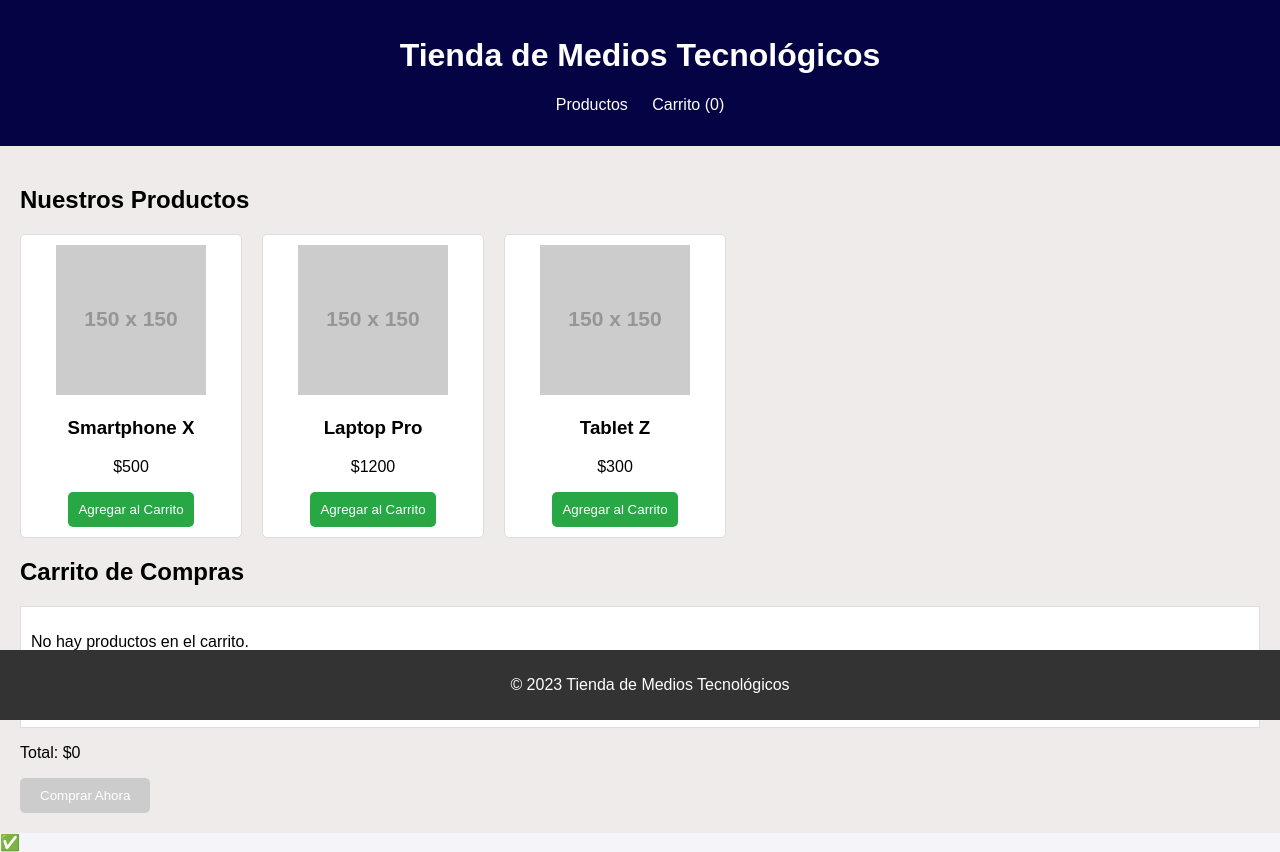
Repository: ye909/RAVPIP
Page: src/templei/ventasPortatil.html
An editor plug-in stored every save of this project. The page is shown before and after the next save, followed by the edit.
The browser window is 1280 px wide. The pictures show the whole page.

Above is the page before, as saved 2025-04-10 07:10:43.

After the next save:
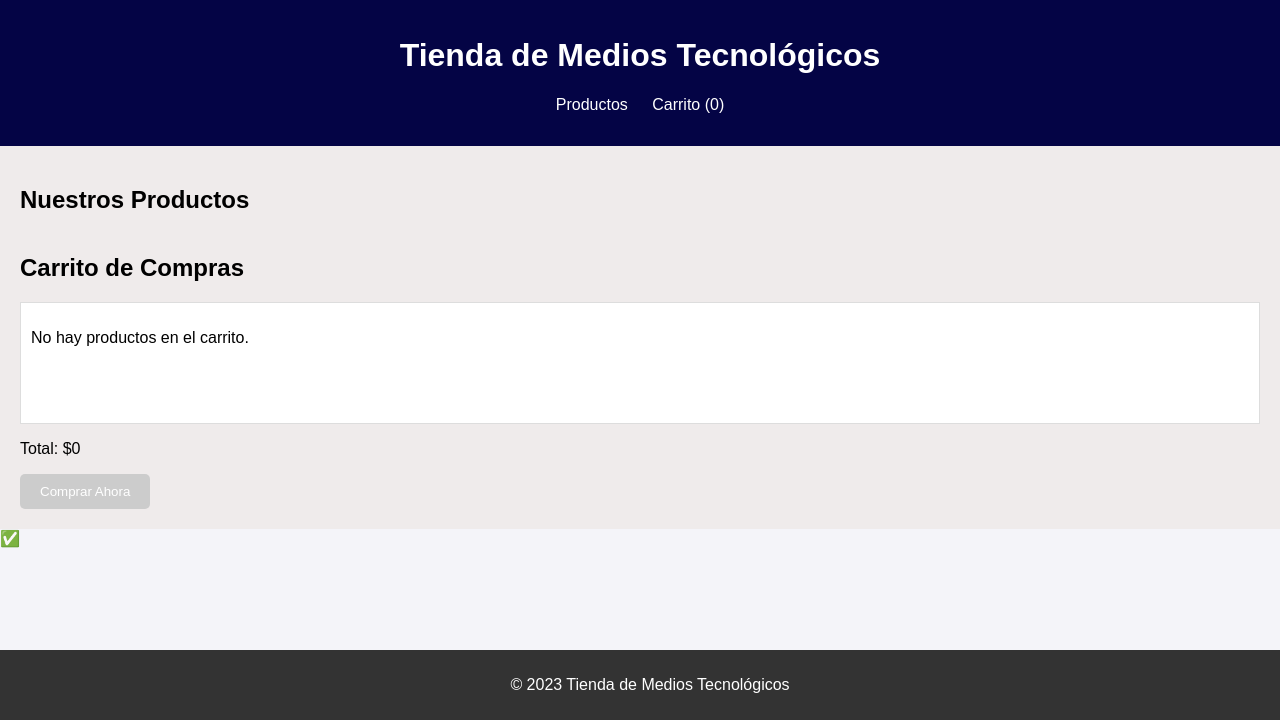
Saved 57 s later.
--- a/src/templei/ventasPortatil.html
+++ b/src/templei/ventasPortatil.html
@@ -24,7 +24,7 @@
       <h2>Nuestros Productos</h2>
       <div class="product-list">
         <!-- Ejemplo de productos -->
-        <div class="product" data-id="1" data-name="Smartphone X" data-price="500">
+        <!-- <div class="product" data-id="1" data-name="Smartphone X" data-price="500">
           <img src="https://via.placeholder.com/150" alt="Smartphone X">
           <h3>Smartphone X</h3>
           <p>$500</p>
@@ -41,7 +41,7 @@
           <h3>Tablet Z</h3>
           <p>$300</p>
           <button class="add-to-cart">Agregar al Carrito</button>
-        </div>
+        </div> -->
       </div>
     </section>
 
